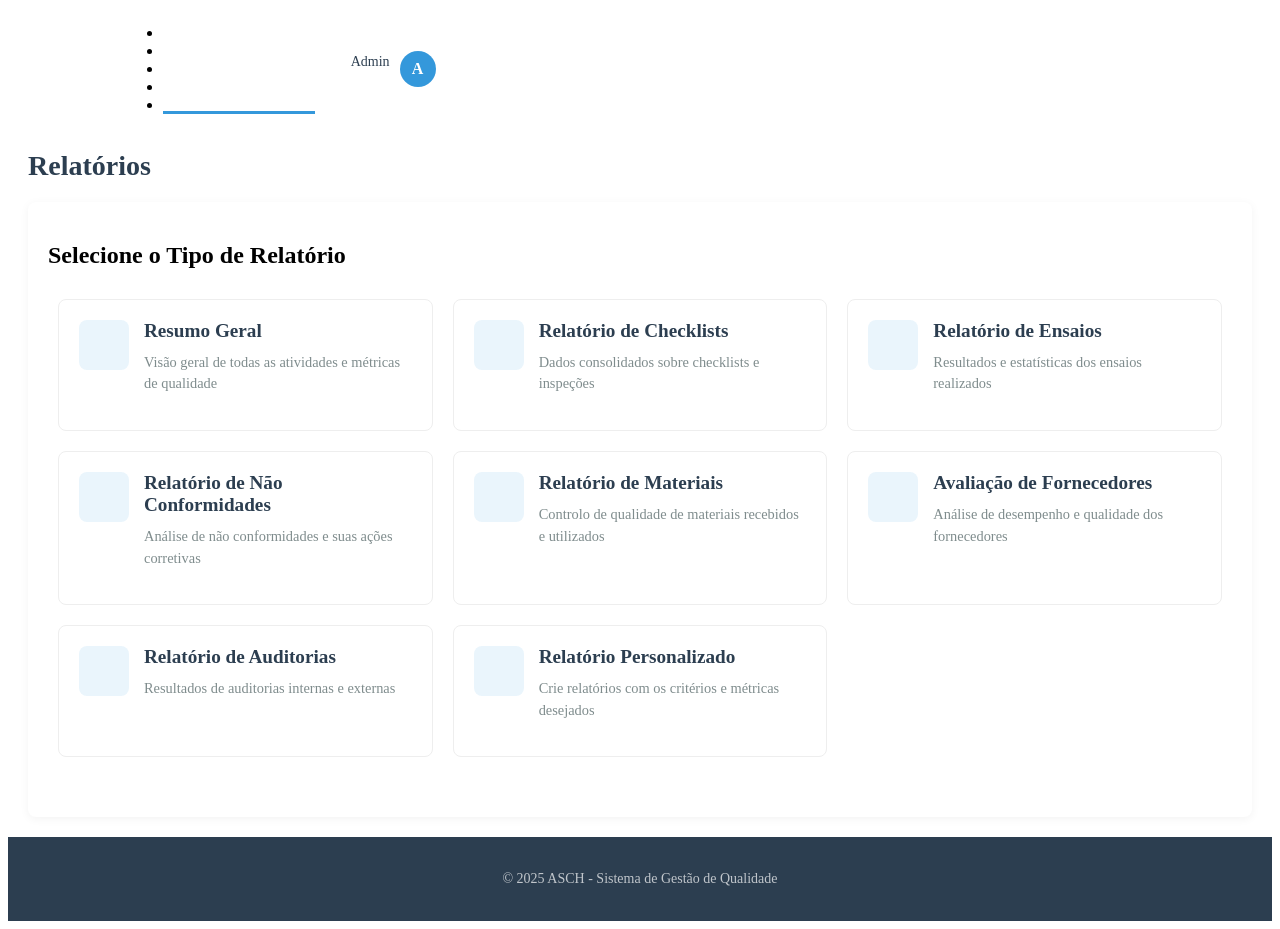
Repository: aschinfraestructuras/asch-quality-system
Page: /relatorios (app in client/)
The author's editor kept a copy of each file at every save. The page is drawn from the files as they stood at one save, then again after a run of saves.
The browser window is 1280 px wide. The pictures show the whole page.
The project was rebuilt for these pictures with package versions that can differ from the ones it lists, and the page was loaded fresh each time. Also part of the build but not shown: client/vite.config.ts, client/src/pages/Dashboard.tsx, client/src/styles/Checklists.css, client/src/styles/NewChecklist.css, client/src/pages/NewChecklist.tsx, client/src/styles/EvidenceUploader.css, client/src/components/EvidenceUploader.tsx, client/src/pages/ViewChecklist.tsx and 24 more.

Above is the page before, as saved 2025-04-17 11:30:12.

### client/index.html
<!DOCTYPE html>
<html lang="pt-PT">
  <head>
    <meta charset="UTF-8" />
    <link rel="icon" type="image/svg+xml" href="/favicon.ico" />
    <meta name="viewport" content="width=device-width, initial-scale=1.0" />
    <title>Sistema de Gestão de Qualidade ASCH</title>
  </head>
  <body>
    <div id="root"></div>
    <script type="module" src="/src/main.tsx"></script>
  </body>
</html>

### client/src/main.tsx
import React from 'react';
import ReactDOM from 'react-dom/client';
import App from './App';
// import './index.css';

// Obter o elemento root e verificar se existe
const rootElement = document.getElementById('root');

// Verificar se o elemento existe antes de criar a raiz
if (rootElement) {
  ReactDOM.createRoot(rootElement).render(
    <React.StrictMode>
      <App />
    </React.StrictMode>
  );
} else {
  console.error('Elemento com ID "root" não encontrado no DOM!');
}

### client/src/App.tsx
import React from 'react';
import { BrowserRouter, Routes, Route, Link, useLocation } from 'react-router-dom';
import Dashboard from './pages/Dashboard';
import Checklists from './pages/Checklists';
import EnsaioRoutes from './components/EnsaioRoutes';
import NaoConformidadesRoutes from './components/NaoConformidadesRoutes';
import Relatorios from './pages/Relatorios';
import './styles/app.css';
import Navbar from './components/Navbar';


// Componente de Navegação
const Navbar = () => {
  const location = useLocation();

  const isActive = (path: string) => {
    if (path === '/') return location.pathname === path;
    return location.pathname.startsWith(path);
  };

  return (
    <nav className="main-nav">
      <div className="logo">
        <Link to="/" className="logo-text">SGQ ASCH</Link>
      </div>

      <ul className="nav-links">
        <li>
          <Link to="/" className={isActive('/') ? 'active' : ''}>Dashboard</Link>
        </li>
        <li>
          <Link to="/checklists" className={isActive('/checklists') ? 'active' : ''}>Checklists</Link>
        </li>
        <li>
          <Link to="/ensaios" className={isActive('/ensaios') ? 'active' : ''}>Ensaios</Link>
        </li>
        <li>
          <Link to="/nao-conformidades" className={isActive('/nao-conformidades') ? 'active' : ''}>Não Conformidades</Link>
        </li>
        <li>
          <Link to="/relatorios" className={isActive('/relatorios') ? 'active' : ''}>Relatórios</Link>
        </li>
      </ul>

      <div className="user-menu">
        <div className="user-info">
          <span className="user-name">Admin</span>
          <span className="user-role">Administrador</span>
        </div>
        <div className="user-avatar">
          <span>A</span>
        </div>
      </div>
    </nav>
  );
};

const App: React.FC = () => {
  return (
    <BrowserRouter>
      <div className="app-container">
        <header>
          <Navbar />
        </header>

        <main className="content-container">
          <Routes>
            <Route path="/" element={<Dashboard />} />
            <Route path="/checklists" element={<Checklists />} />
            <Route path="/ensaios/*" element={<EnsaioRoutes />} />
            <Route path="/nao-conformidades/*" element={<NaoConformidadesRoutes />} />
            <Route path="/relatorios" element={<Relatorios />} />
          </Routes>
        </main>

        <footer className="app-footer">
          <p>© 2025 ASCH - Sistema de Gestão de Qualidade</p>
        </footer>
      </div>
    </BrowserRouter>
  );
};

export default App;

### client/src/styles/App.css
/* Cores do Sistema conforme especificação */
:root {
  --primary-color: #2C3E50;
  --secondary-color: #95A5A6;
  --success-color: #27AE60;
  --danger-color: #E74C3C;
  --warning-color: #F39C12;
  --info-color: #3498DB;
  --light-color: #ECF0F1;
  --dark-color: #34495E;
  --shadow: 0 4px 6px rgba(0, 0, 0, 0.1);
}

.app {
  display: flex;
  flex-direction: column;
  min-height: 100vh;
  background-color: #F5F7FA;
}

/* Header e Navegação */
.app-header {
  background-color: var(--primary-color);
  color: white;
  padding: 0 20px;
  display: flex;
  justify-content: space-between;
  align-items: center;
  height: 64px;
  box-shadow: var(--shadow);
  position: sticky;
  top: 0;
  z-index: 100;
}

.logo {
  display: flex;
  align-items: center;
}

.logo-text {
  font-size: 22px;
  font-weight: 700;
  letter-spacing: 0.5px;
}

.main-nav {
  display: flex;
  gap: 5px;
  height: 100%;
}

.main-nav a {
  color: rgba(255, 255, 255, 0.85);
  text-decoration: none;
  padding: 0 15px;
  font-size: 15px;
  display: flex;
  align-items: center;
  height: 100%;
  transition: all 0.2s;
  position: relative;
}

.main-nav a:hover {
  color: white;
  background-color: rgba(255, 255, 255, 0.1);
}

.main-nav a.active {
  color: white;
  font-weight: 500;
}

.main-nav a.active::after {
  content: '';
  position: absolute;
  bottom: 0;
  left: 0;
  width: 100%;
  height: 3px;
  background-color: var(--info-color);
}

.user-menu {
  display: flex;
  align-items: center;
  gap: 10px;
}

.user-info {
  display: flex;
  flex-direction: column;
  align-items: flex-end;
}

.user-name {
  font-size: 14px;
  font-weight: 500;
}

.user-role {
  font-size: 12px;
  color: rgba(255, 255, 255, 0.7);
}

.user-avatar {
  width: 36px;
  height: 36px;
  border-radius: 50%;
  background-color: var(--info-color);
  display: flex;
  align-items: center;
  justify-content: center;
  font-weight: 600;
  font-size: 16px;
}

/* Conteúdo principal */
.app-content {
  flex: 1;
  padding: 20px;
  max-width: 1600px;
  width: 100%;
  margin: 0 auto;
}

/* Footer */
.app-footer {
  background-color: var(--primary-color);
  color: rgba(255, 255, 255, 0.7);
  padding: 20px;
  text-align: center;
  font-size: 14px;
}

.footer-content {
  display: flex;
  justify-content: space-between;
  max-width: 1600px;
  margin: 0 auto;
}

/* Página de Erro 404 */
.not-found {
  text-align: center;
  padding: 50px 20px;
  max-width: 600px;
  margin: 50px auto;
  background-color: white;
  border-radius: 8px;
  box-shadow: var(--shadow);
}

.not-found h1 {
  color: var(--primary-color);
  font-size: 32px;
  margin-bottom: 20px;
}

.not-found p {
  color: var(--secondary-color);
  margin-bottom: 30px;
  font-size: 16px;
}

.btn-primary {
  display: inline-block;
  background-color: var(--primary-color);
  color: white;
  padding: 10px 20px;
  border-radius: 4px;
  text-decoration: none;
  font-weight: 500;
  transition: background-color 0.2s;
}

.btn-primary:hover {
  background-color: var(--dark-color);
}

/* Responsividade */
@media (max-width: 768px) {
  .app-header {
    flex-direction: column;
    height: auto;
    padding: 10px;
  }

  .main-nav {
    width: 100%;
    overflow-x: auto;
    margin: 10px 0;
  }

  .user-menu {
    width: 100%;
    justify-content: flex-end;
    padding: 10px 0;
  }

  .footer-content {
    flex-direction: column;
    gap: 10px;
  }
}

@media (max-width: 480px) {
  .main-nav a {
    padding: 0 10px;
    font-size: 14px;
  }

  .user-info {
    display: none;
  }
}

### client/src/styles/Dashboard.css
/* Cores do Sistema conforme especificação */
:root {
    --primary-color: #2C3E50;
    --secondary-color: #95A5A6;
    --success-color: #27AE60;
    --danger-color: #E74C3C;
    --warning-color: #F39C12;
    --info-color: #3498DB;
    --light-color: #ECF0F1;
    --shadow: 0 4px 6px rgba(0, 0, 0, 0.1);
  }

  .dashboard {
    padding: 20px;
    font-family: 'Inter', -apple-system, BlinkMacSystemFont, 'Segoe UI', 'Roboto', sans-serif;
  }

  .dashboard h1 {
    margin-bottom: 24px;
    color: var(--primary-color);
    font-size: 28px;
    font-weight: 600;
  }

  .dashboard h2 {
    font-size: 20px;
    margin-bottom: 16px;
    color: var(--primary-color);
    font-weight: 500;
  }

  /* Cards de estatísticas */
  .dashboard-stats {
    display: grid;
    grid-template-columns: repeat(auto-fill, minmax(240px, 1fr));
    gap: 20px;
    margin-bottom: 30px;
  }

  .stat-card {
    background-color: white;
    border-radius: 8px;
    padding: 20px;
    box-shadow: var(--shadow);
    transition: transform 0.3s ease, box-shadow 0.3s ease;
    border-top: 3px solid var(--primary-color);
  }

  .stat-card:nth-child(2) {
    border-top-color: var(--info-color);
  }

  .stat-card:nth-child(3) {
    border-top-color: var(--warning-color);
  }

  .stat-card:nth-child(4) {
    border-top-color: var(--danger-color);
  }

  .stat-card:hover {
    transform: translateY(-5px);
    box-shadow: 0 10px 20px rgba(0, 0, 0, 0.1);
  }

  .stat-card h3 {
    color: var(--secondary-color);
    font-size: 16px;
    margin-bottom: 10px;
    font-weight: 500;
  }

  .stat-value {
    font-size: 32px;
    font-weight: bold;
    margin-bottom: 5px;
    color: var(--primary-color);
  }

  .stat-label {
    color: var(--secondary-color);
    font-size: 14px;
    font-weight: 400;
  }

  /* Grid principal do dashboard */
  .dashboard-grid {
    display: grid;
    grid-template-columns: repeat(auto-fill, minmax(350px, 1fr));
    gap: 20px;
  }

  .grid-item {
    background-color: white;
    border-radius: 8px;
    padding: 20px;
    box-shadow: var(--shadow);
    display: flex;
    flex-direction: column;
    min-height: 300px;
  }

  /* Projetos */
  .project-list {
    flex: 1;
  }

  .project-item {
    display: flex;
    flex-direction: column;
    padding: 15px 0;
    border-bottom: 1px solid var(--light-color);
  }

  .project-item:last-child {
    border-bottom: none;
  }

  .project-info {
    display: flex;
    justify-content: space-between;
    align-items: center;
    margin-bottom: 10px;
  }

  .project-info h4 {
    margin: 0;
    font-size: 16px;
    color: var(--primary-color);
  }

  .status {
    font-size: 12px;
    padding: 4px 10px;
    border-radius: 16px;
    font-weight: 500;
    text-align: center;
  }

  .status-em-andamento {
    background-color: #EBF5FB;
    color: #3498DB;
  }

  .status-planejado {
    background-color: #E8F6F3;
    color: #1ABC9C;
  }

  .status-concluído {
    background-color: #EAFAF1;
    color: #27AE60;
  }

  .progress-bar {
    height: 8px;
    background-color: var(--light-color);
    border-radius: 4px;
    margin-bottom: 5px;
    overflow: hidden;
  }

  .progress {
    height: 100%;
    background-color: var(--info-color);
    border-radius: 4px;
    transition: width 0.3s ease;
  }

  .project-progress {
    font-size: 12px;
    text-align: right;
    color: var(--secondary-color);
  }

  /* Checklists */
  .checklist-list {
    flex: 1;
  }

  .checklist-item {
    display: flex;
    align-items: center;
    padding: 12px 0;
    border-bottom: 1px solid var(--light-color);
  }

  .checklist-item:last-child {
    border-bottom: none;
  }

  .checklist-icon {
    width: 40px;
    height: 40px;
    border-radius: 8px;
    display: flex;
    align-items: center;
    justify-content: center;
    font-size: 18px;
    font-weight: bold;
    margin-right: 15px;
    color: white;
  }

  .checklist-execução {
    background-color: var(--info-color);
  }

  .checklist-material {
    background-color: var(--warning-color);
  }

  .checklist-projeto {
    background-color: var(--primary-color);
  }

  .checklist-info {
    flex: 1;
  }

  .checklist-info h4 {
    margin: 0 0 5px 0;
    font-size: 15px;
    color: var(--primary-color);
  }

  .checklist-meta {
    display: flex;
    justify-content: space-between;
    align-items: center;
  }

  .checklist-date {
    font-size: 12px;
    color: var(--secondary-color);
  }

  .status-completo {
    background-color: #EAFAF1;
    color: var(--success-color);
  }

  .status-não-conforme {
    background-color: #FDEDEC;
    color: var(--danger-color);
  }

  .status-pendente {
    background-color: #FEF9E7;
    color: var(--warning-color);
  }

  /* Ensaios */
  .test-list {
    flex: 1;
  }

  .test-item {
    display: flex;
    align-items: center;
    padding: 12px 0;
    border-bottom: 1px solid var(--light-color);
  }

  .test-item:last-child {
    border-bottom: none;
  }

  .test-icon {
    width: 40px;
    height: 40px;
    border-radius: 8px;
    display: flex;
    align-items: center;
    justify-content: center;
    font-size: 18px;
    font-weight: bold;
    margin-right: 15px;
    color: white;
  }

  .test-concreto {
    background-color: #7F8C8D;
  }

  .test-agregados {
    background-color: #D35400;
  }

  .test-solos {
    background-color: #8E44AD;
  }

  .test-info {
    flex: 1;
  }

  .test-info h4 {
    margin: 0 0 5px 0;
    font-size: 15px;
    color: var(--primary-color);
  }

  .test-meta {
    display: flex;
    justify-content: space-between;
    align-items: center;
  }

  .test-date {
    font-size: 12px;
    color: var(--secondary-color);
  }

  .result-conforme {
    background-color: #EAFAF1;
    color: var(--success-color);
  }

  .result-em-análise {
    background-color: #EBF5FB;
    color: var(--info-color);
  }

  .result-não-conforme {
    background-color: #FDEDEC;
    color: var(--danger-color);
  }

  /* Ações Pendentes */
  .action-list {
    flex: 1;
  }

  .action-item {
    display: flex;
    justify-content: space-between;
    align-items: center;
    padding: 12px 0;
    border-bottom: 1px solid var(--light-color);
  }

  .action-item:last-child {
    border-bottom: none;
  }

  .action-info {
    flex: 1;
  }

  .action-info h4 {
    margin: 0 0 5px 0;
    font-size: 15px;
    color: var(--primary-color);
  }

  .action-meta {
    display: flex;
    align-items: center;
    gap: 10px;
  }

  .priority {
    padding: 2px 8px;
    border-radius: 4px;
    font-weight: 500;
    font-size: 12px;
  }

  .priority-alta {
    background-color: #FDEDEC;
    color: var(--danger-color);
  }

  .priority-média {
    background-color: #FEF9E7;
    color: var(--warning-color);
  }

  .priority-baixa {
    background-color: #EAFAF1;
    color: var(--success-color);
  }

  .deadline {
    color: var(--secondary-color);
    font-size: 12px;
  }

  .action-controls {
    margin-left: 10px;
  }

  .action-complete {
    background-color: var(--primary-color);
    color: white;
    border: none;
    border-radius: 4px;
    padding: 6px 12px;
    cursor: pointer;
    font-size: 12px;
    transition: background-color 0.2s;
  }

  .action-complete:hover {
    background-color: #1A252F;
  }

  /* Botões de ação */
  .action-button {
    margin-top: 15px;
    text-align: center;
  }

  .action-button button {
    background-color: white;
    color: var(--primary-color);
    border: 1px solid var(--primary-color);
    border-radius: 4px;
    padding: 8px 16px;
    cursor: pointer;
    font-size: 14px;
    transition: all 0.2s;
  }

  .action-button button:hover {
    background-color: var(--primary-color);
    color: white;
  }

  /* Responsividade */
  @media (max-width: 768px) {
    .dashboard-stats {
      grid-template-columns: repeat(2, 1fr);
    }

    .dashboard-grid {
      grid-template-columns: 1fr;
    }
  }

  @media (max-width: 480px) {
    .dashboard-stats {
      grid-template-columns: 1fr;
    }

    .project-info, .checklist-meta, .test-meta, .action-meta {
      flex-direction: column;
      align-items: flex-start;
    }

    .status, .checklist-status, .test-result {
      margin-top: 5px;
    }
  }

### client/src/components/Navbar.tsx
import { Link, useLocation } from 'react-router-dom';
import '../styles/Navbar.css';

const Navbar = () => {
  const location = useLocation();

  // Determinar qual link está ativo com base na URL atual
  const isActive = (path: string) => {
    if (path === '/') {
      return location.pathname === '/' || location.pathname === '/dashboard';
    }
    return location.pathname.startsWith(path);
  };

  return (
    <nav className="navbar">
      <div className="navbar-brand">
        <Link to="/">SGQ ASCH</Link>
      </div>

      <ul className="navbar-menu">
        <li className={isActive('/dashboard') ? 'active' : ''}>
          <Link to="/dashboard">Dashboard</Link>
        </li>
        <li className={isActive('/checklists') ? 'active' : ''}>
          <Link to="/checklists">Checklists</Link>
        </li>
        <li className={isActive('/ensaios') ? 'active' : ''}>
          <Link to="/ensaios">Ensaios</Link>
        </li>
        <li className={isActive('/nao-conformidades') ? 'active' : ''}>
          <Link to="/nao-conformidades">Não Conformidades</Link>
        </li>
        <li className={isActive('/relatorios') ? 'active' : ''}>
          <Link to="/relatorios">Relatórios</Link>
        </li>
      </ul>

      <div className="navbar-user">
        <span>Administrador</span>
      </div>
    </nav>
  );
};

export default Navbar;

### client/src/styles/Navbar.css
/* Estilos para o componente Navbar */

.navbar {
  display: flex;
  align-items: center;
  justify-content: space-between;
  background-color: #2c3e50;
  padding: 0 20px;
  height: 60px;
  color: white;
}

.navbar-brand {
  font-size: 20px;
  font-weight: 700;
}

.navbar-brand a {
  color: white;
  text-decoration: none;
}

.navbar-menu {
  display: flex;
  list-style: none;
  margin: 0;
  padding: 0;
  height: 100%;
}

.navbar-menu li {
  height: 100%;
  display: flex;
  align-items: center;
}

.navbar-menu li a {
  color: white;
  text-decoration: none;
  padding: 0 15px;
  height: 100%;
  display: flex;
  align-items: center;
  transition: background-color 0.3s;
}

.navbar-menu li:hover a {
  background-color: #34495e;
}

.navbar-menu li.active a {
  background-color: #3498db;
}

.navbar-user {
  font-size: 14px;
}

/* Responsive styles - MOBILE */
@media (max-width: 768px) {
  .navbar {
    flex-direction: column;
    height: auto;
    padding: 10px;
  }

  .navbar-brand {
    margin-bottom: 10px;
  }

  .navbar-menu {
    flex-direction: column;
    width: 100%;
  }

  .navbar-menu li {
    width: 100%;
  }

  .navbar-menu li a {
    padding: 10px 15px;
    width: 100%;
    justify-content: center;
  }

  .navbar-user {
    margin-top: 10px;
  }
}

/* Responsive styles - DESKTOP (forçar horizontal) */
@media (min-width: 769px) {
  .navbar {
    flex-direction: row;
    height: 60px;
    padding: 0 20px;
  }
}

Loaded but not shown: client/src/styles/Relatorios.css (859 lines, source omitted); client/src/styles/ViewEnsaio.css (756 lines, source omitted); client/src/styles/ViewChecklist.css (601 lines, source omitted); client/src/pages/Relatorios.tsx (253 lines, source omitted)

After the next 8 saves:
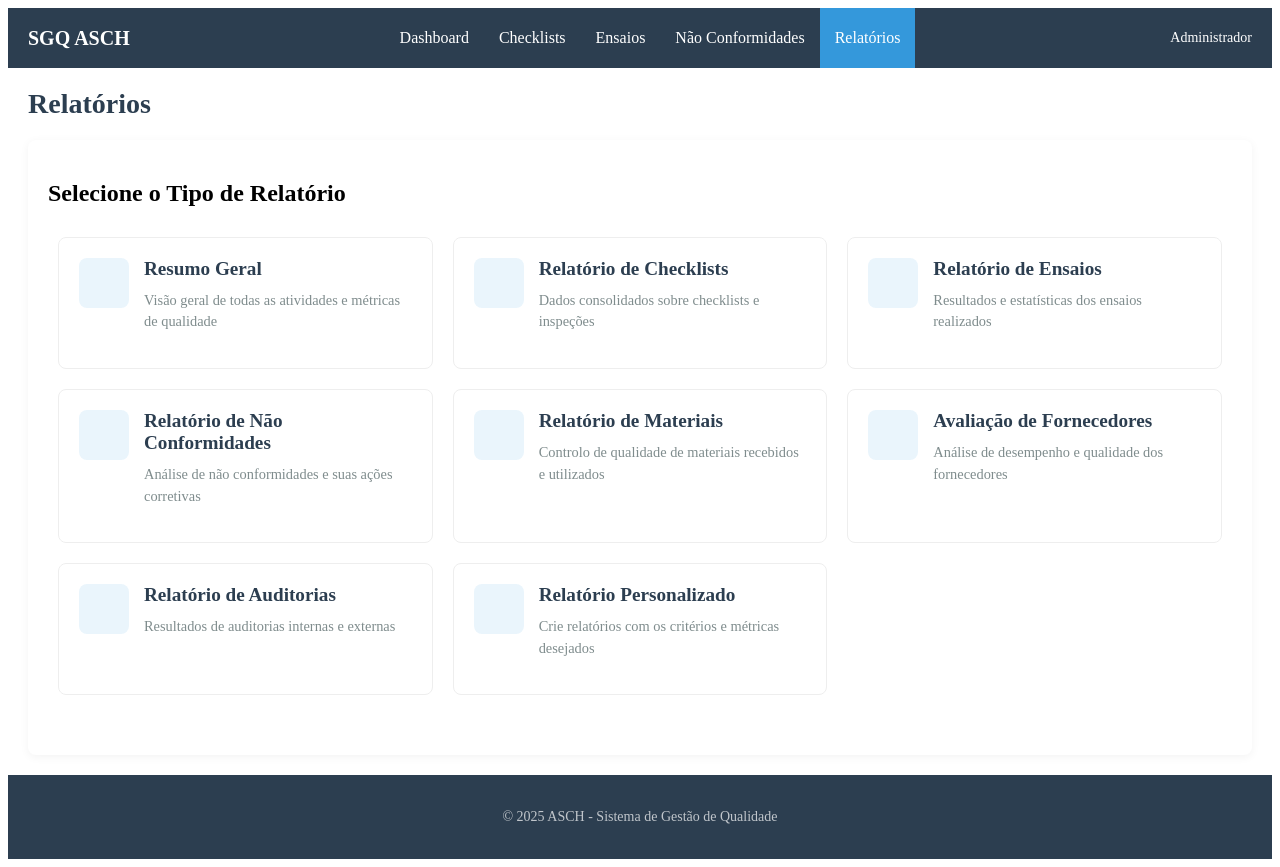
The 8 saves are shown as one change because 4 did not build or start and some came seconds apart.
The last was saved 4 min 6 s later.
--- a/client/src/App.tsx
+++ b/client/src/App.tsx
@@ -1,59 +1,12 @@
 import React from 'react';
-import { BrowserRouter, Routes, Route, Link, useLocation } from 'react-router-dom';
+import { BrowserRouter, Routes, Route } from 'react-router-dom';
 import Dashboard from './pages/Dashboard';
 import Checklists from './pages/Checklists';
 import EnsaioRoutes from './components/EnsaioRoutes';
 import NaoConformidadesRoutes from './components/NaoConformidadesRoutes';
 import Relatorios from './pages/Relatorios';
+import Navbar from './components/Navbar';
 import './styles/app.css';
-import Navbar from './components/Navbar';
-
-
-// Componente de Navegação
-const Navbar = () => {
-  const location = useLocation();
-
-  const isActive = (path: string) => {
-    if (path === '/') return location.pathname === path;
-    return location.pathname.startsWith(path);
-  };
-
-  return (
-    <nav className="main-nav">
-      <div className="logo">
-        <Link to="/" className="logo-text">SGQ ASCH</Link>
-      </div>
-
-      <ul className="nav-links">
-        <li>
-          <Link to="/" className={isActive('/') ? 'active' : ''}>Dashboard</Link>
-        </li>
-        <li>
-          <Link to="/checklists" className={isActive('/checklists') ? 'active' : ''}>Checklists</Link>
-        </li>
-        <li>
-          <Link to="/ensaios" className={isActive('/ensaios') ? 'active' : ''}>Ensaios</Link>
-        </li>
-        <li>
-          <Link to="/nao-conformidades" className={isActive('/nao-conformidades') ? 'active' : ''}>Não Conformidades</Link>
-        </li>
-        <li>
-          <Link to="/relatorios" className={isActive('/relatorios') ? 'active' : ''}>Relatórios</Link>
-        </li>
-      </ul>
-
-      <div className="user-menu">
-        <div className="user-info">
-          <span className="user-name">Admin</span>
-          <span className="user-role">Administrador</span>
-        </div>
-        <div className="user-avatar">
-          <span>A</span>
-        </div>
-      </div>
-    </nav>
-  );
-};
 
 const App: React.FC = () => {
   return (
@@ -66,10 +19,11 @@ const App: React.FC = () => {
         <main className="content-container">
           <Routes>
             <Route path="/" element={<Dashboard />} />
-            <Route path="/checklists" element={<Checklists />} />
+            <Route path="/checklists/*" element={<Checklists />} />
             <Route path="/ensaios/*" element={<EnsaioRoutes />} />
             <Route path="/nao-conformidades/*" element={<NaoConformidadesRoutes />} />
-            <Route path="/relatorios" element={<Relatorios />} />
+            <Route path="/relatorios/*" element={<Relatorios />} />
+            <Route path="*" element={<h1>Página não encontrada</h1>} />
           </Routes>
         </main>
 
